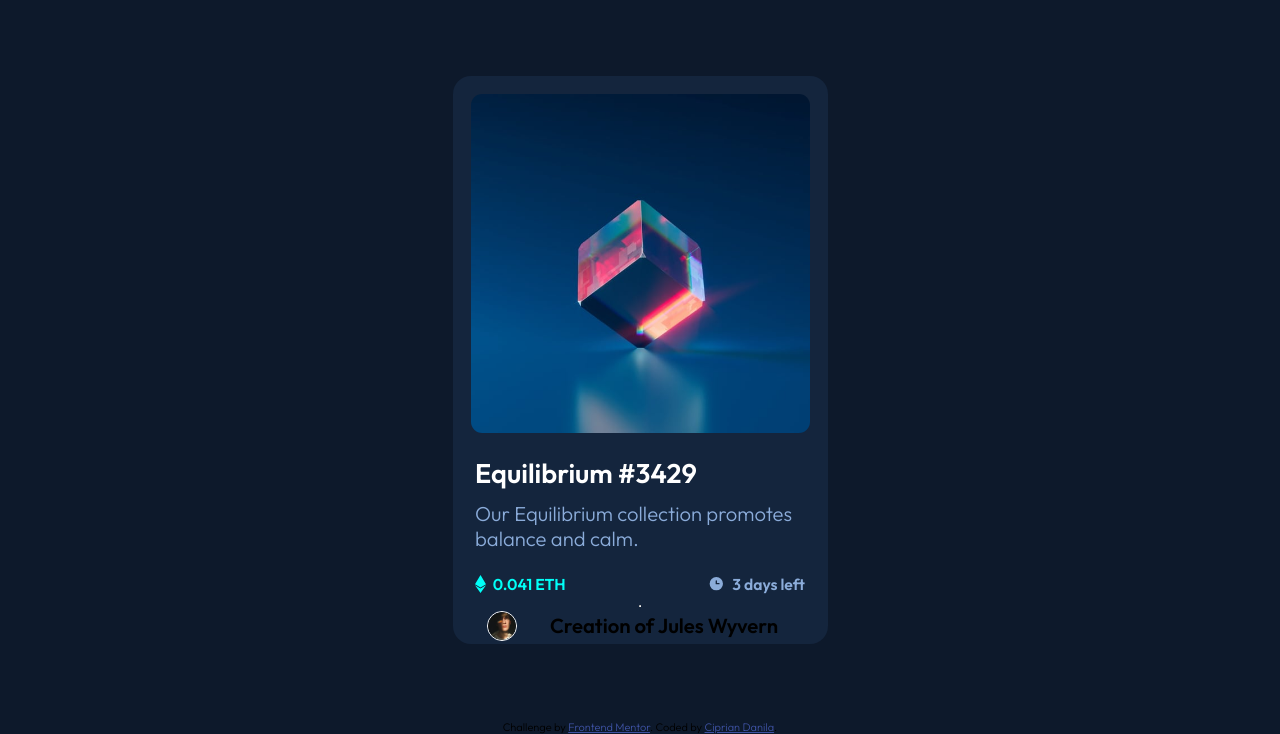
Repository: cipdanila/NFT-preview-card-component
Page: index.html
An editor plug-in stored every save of this project. The page is shown before and after the next save, followed by the edit.
The browser window is 1280 px wide. The pictures show the whole page.

Above is the page before, as saved 2024-01-31 17:14:10.

After the next save:
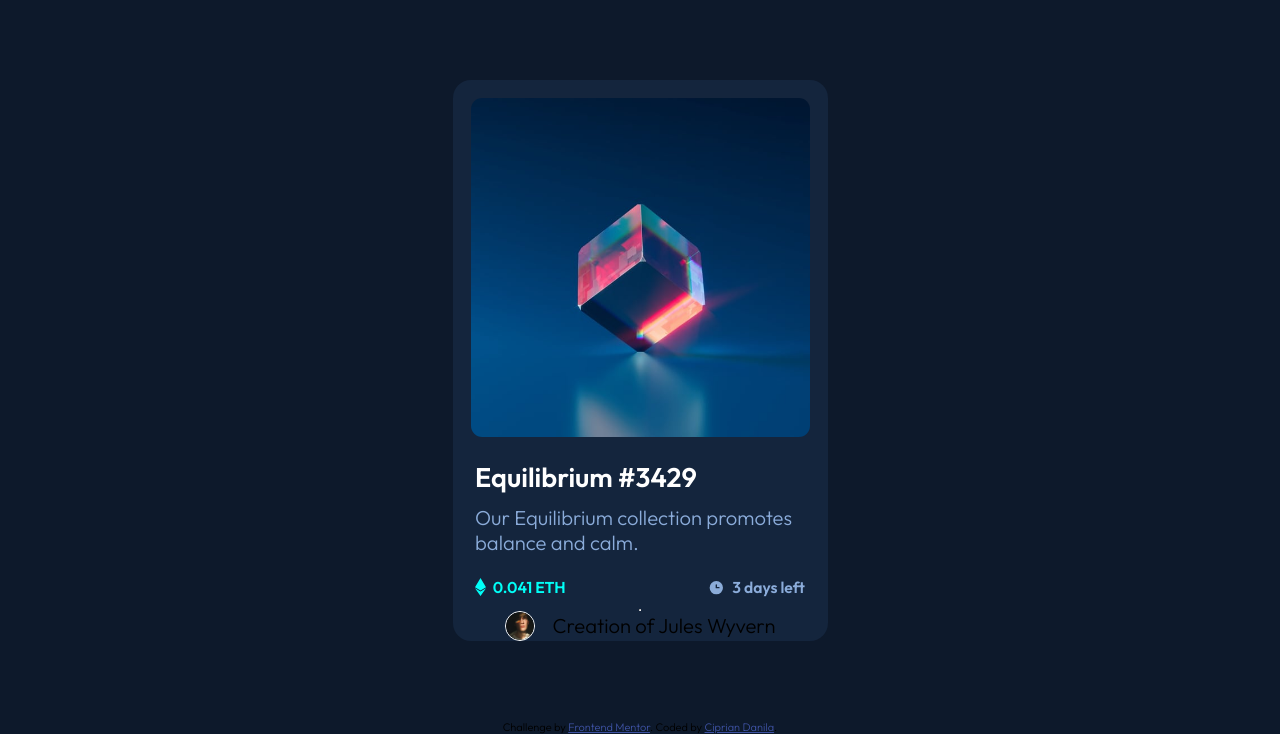
Saved 4 min 21 s later.
--- a/style.css
+++ b/style.css
@@ -111,13 +111,6 @@
     margin-right: 1rem;
 }
 
-.owner p {
-    display: inline-block;
-    margin: 5px;
-    padding: 1px 10px;
-    font-weight: 800;
-}
-
 .attribution {
     font-size: 11px;
     text-align: center;
